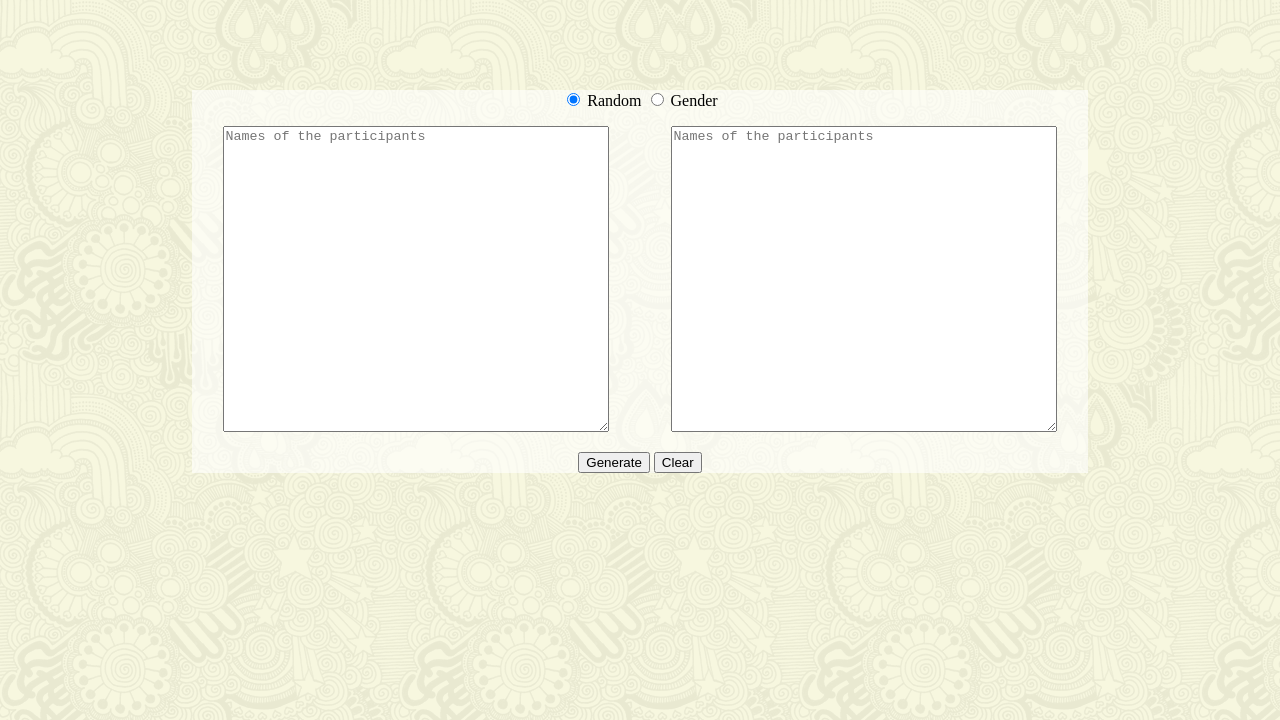
Repository: Maxenboy/Computer-Engineering-BA-A-Web-Programming-with-HTML5-CSS3-and-JavaScript-DT146G
Page: Mittuniversitet/TeamGenerator/index.html
The author's editor kept a copy of each file at every save. The page is drawn from the files as they stood at one save, then again after the next save.
The browser window is 1280 px wide. The pictures show the whole page.
Backgrounds fixed to the window are drawn as part of the page.

Above is the page before, as saved 2014-09-22 17:32:58.
Console error: ReferenceError: init is not defined

After the next save:
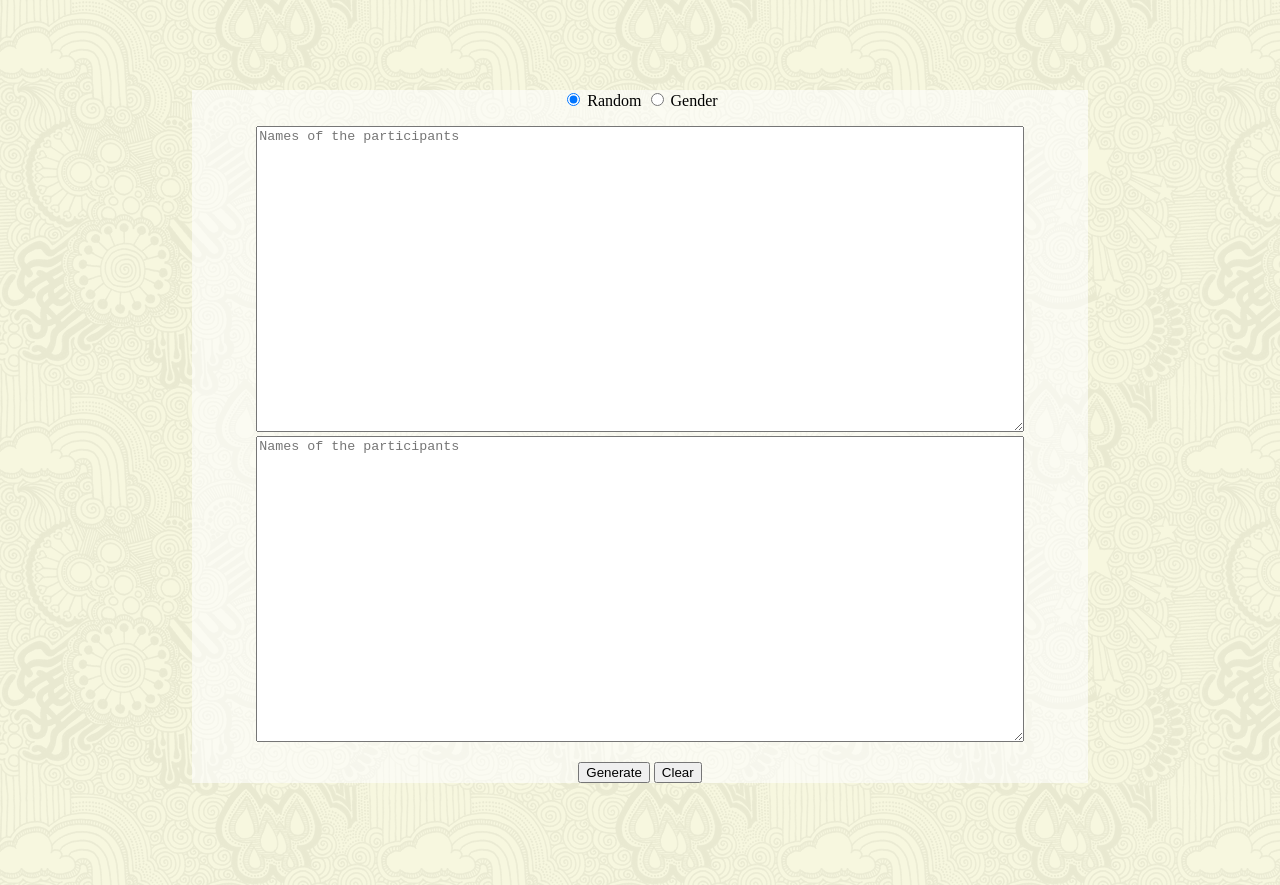
Saved 14 s later.
--- a/Mittuniversitet/TeamGenerator/index.html
+++ b/Mittuniversitet/TeamGenerator/index.html
@@ -21,7 +21,7 @@
 					<input type="radio" value="random" name="foo" id="gender">
 					Gender
 				</p>
-				<div id="wrapper">
+				<div id="hidden">
 					<div id="left">
 					<textarea cols="5" rows="20" wrap="physical" id="men" placeholder="Names of the participants" ></textarea>
 					</div>

After the save that followed:
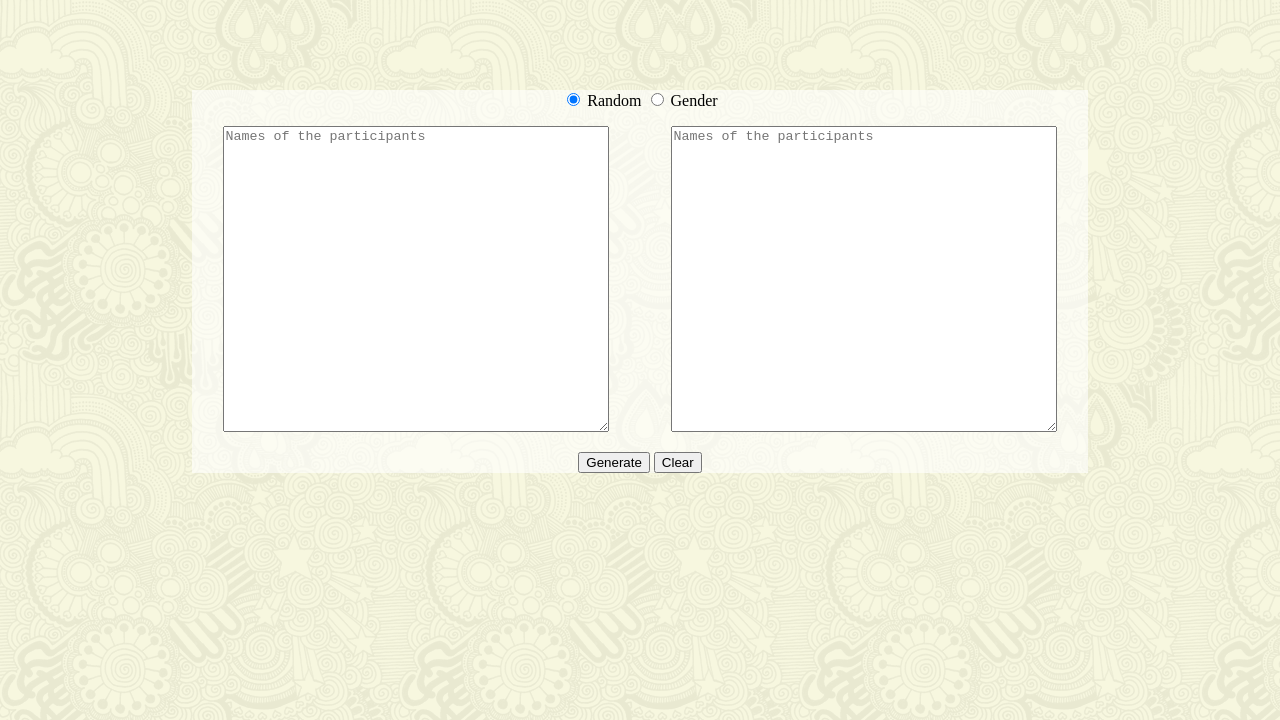
Saved 2 min 49 s later.
--- a/Mittuniversitet/TeamGenerator/index.html
+++ b/Mittuniversitet/TeamGenerator/index.html
@@ -21,7 +21,7 @@
 					<input type="radio" value="random" name="foo" id="gender">
 					Gender
 				</p>
-				<div id="hidden">
+				<div id="wrapper">
 					<div id="left">
 					<textarea cols="5" rows="20" wrap="physical" id="men" placeholder="Names of the participants" ></textarea>
 					</div>
--- a/Mittuniversitet/TeamGenerator/css/main.css
+++ b/Mittuniversitet/TeamGenerator/css/main.css
@@ -24,6 +24,6 @@
 	width: 85%;
 }
 
-#hidden div #right{
+#hidden div {
 	display:none;
 }
